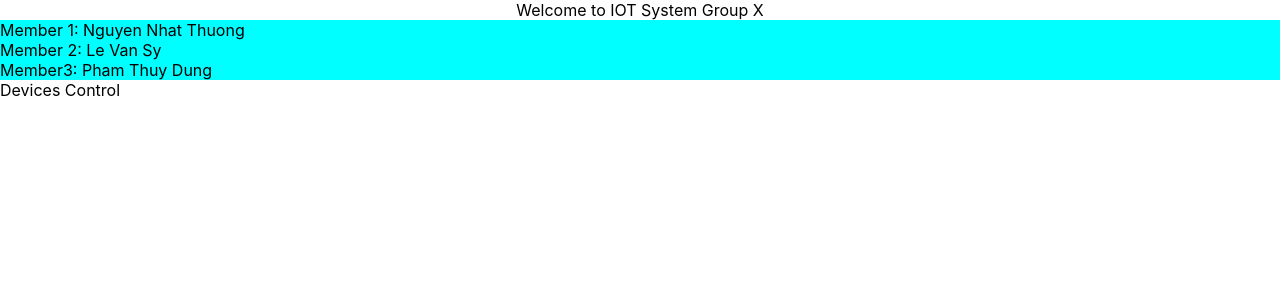
Repository: ngnhthuong/IOT_LAB
Page: /
The author's editor kept a copy of each file at every save. The page is drawn from the files as they stood at one save, then again after the next save.
The browser window is 1280 px wide. The pictures show the whole page.
The project was rebuilt for these pictures with package versions that can differ from the ones it lists, and the page was loaded fresh each time.

Above is the page before, as saved 2024-04-23 14:34:28.

### src/App.js
import "./App.css";

function App() {
  return (
    <div className="main">
      <div></div>
      <div className="welcome-name">Welcome to IOT System Group X</div>
      <div className="member-name">
        <div className="member">Member 1: Nguyen Nhat Thuong</div>
        <div className="member">Member 2: Le Van Sy</div>
        <div className="member">Member3: Pham Thuy Dung</div>
      </div>
      <div>Devices Control</div>
      <div>
        <div>
          <div></div>
          <div></div>
        </div>
        <div>
          <div></div>
          <div></div>
        </div>
      </div>
    </div>
  );
}

export default App;

### src/App.css
* {
  margin: 0;
  padding: 0;
  box-sizing: border-box;
}

.main{
  width: 100vw;
  height: 100vh;
  align-items: center;
}

.welcome-name{
  display: flex;
  justify-content: center;
}

.member-name{
  display: flex;
  flex-direction: column;
  background-color: aqua;
}

.member{
  display: flex;
  left: 0;
}

Loaded but not shown: public/index.html (common file); src/index.js (common file); src/index.css (common file)

After the next save:
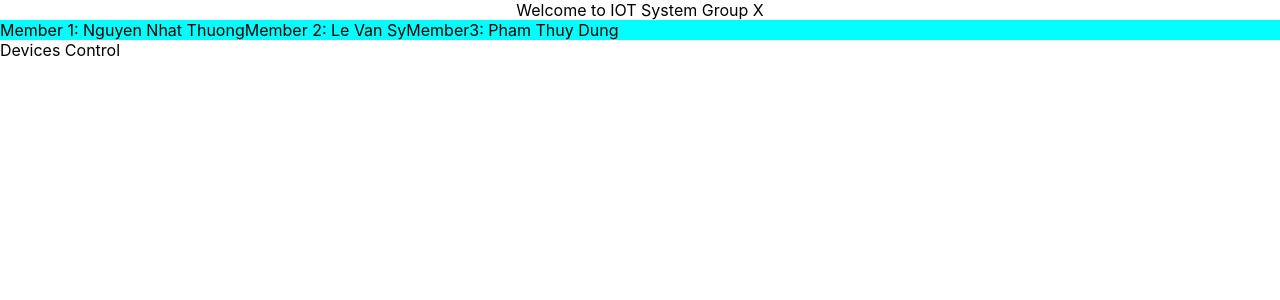
Saved 7 s later.
--- a/src/App.css
+++ b/src/App.css
@@ -17,7 +17,6 @@
 
 .member-name{
   display: flex;
-  flex-direction: column;
   background-color: aqua;
 }
 

After the save that followed:
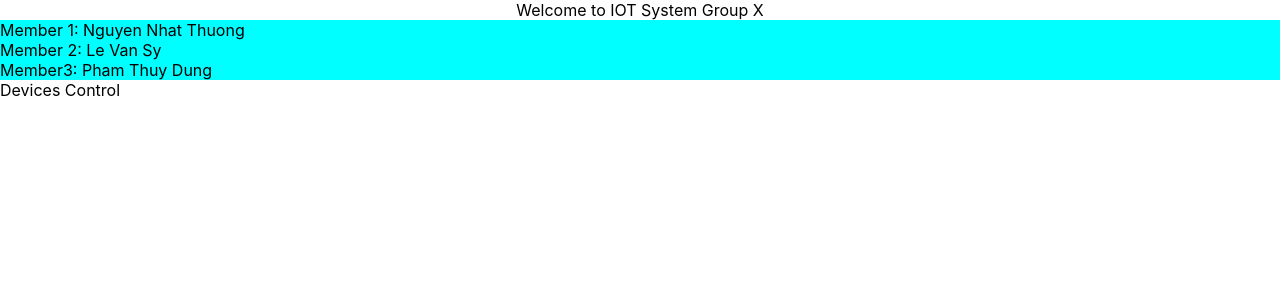
Saved 28 s later.
--- a/src/App.css
+++ b/src/App.css
@@ -17,6 +17,7 @@
 
 .member-name{
   display: flex;
+  flex-direction: column;
   background-color: aqua;
 }
 
